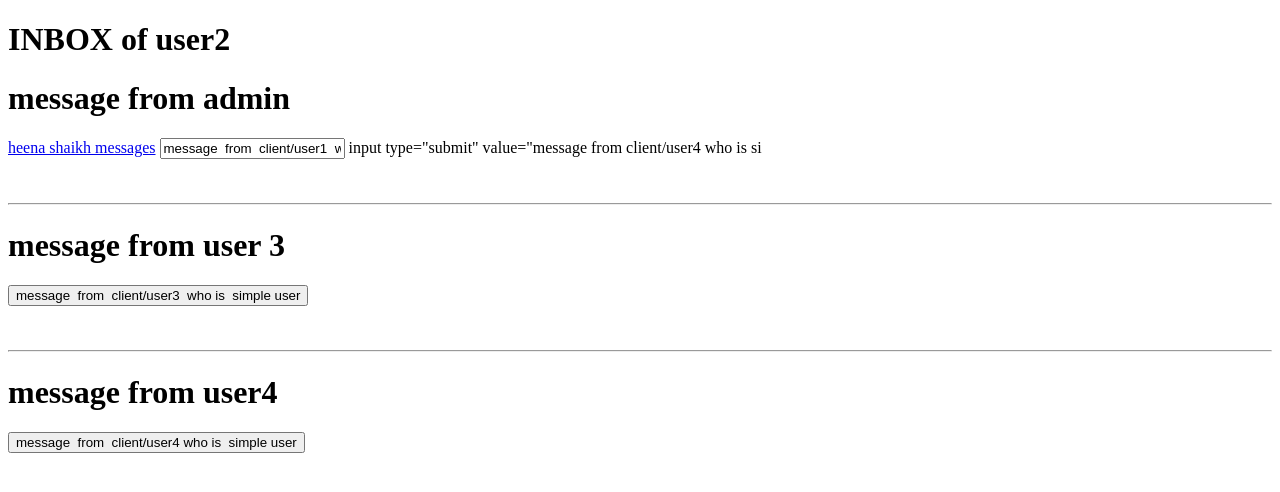
Repository: heenasalim/Java_Script
Page: Simplehtmldemo/WebContent/FBUSER2.html
An editor plug-in stored every save of this project. The page is shown before and after the next save, followed by the edit.
The browser window is 1280 px wide. The pictures show the whole page.

Above is the page before, as saved 2015-10-12 11:11:45.

After the next save:
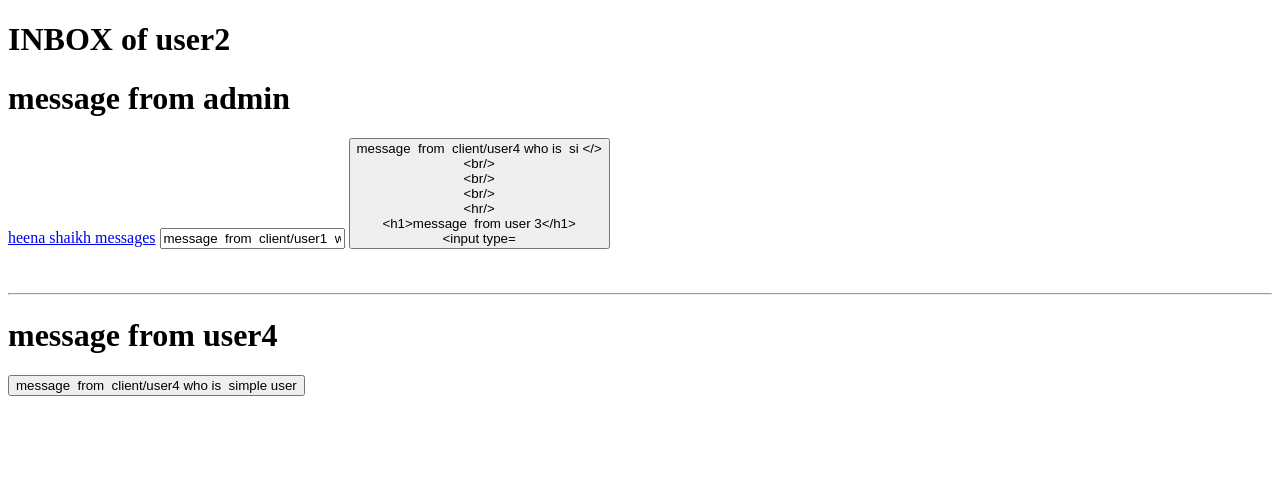
Saved 8 s later.
--- a/Simplehtmldemo/WebContent/FBUSER2.html
+++ b/Simplehtmldemo/WebContent/FBUSER2.html
@@ -9,7 +9,7 @@
 <h1>message  from  admin</h1>
 <a href="heena  shaikh">heena  shaikh  messages</a>
 <input type="text"  value="message  from  client/user1  who is  admin  user">
-input type="submit"  value="message  from  client/user4 who is  si
+<input type="submit"  value="message  from  client/user4 who is  si </>
 <br/>
 <br/>
 <br/>
